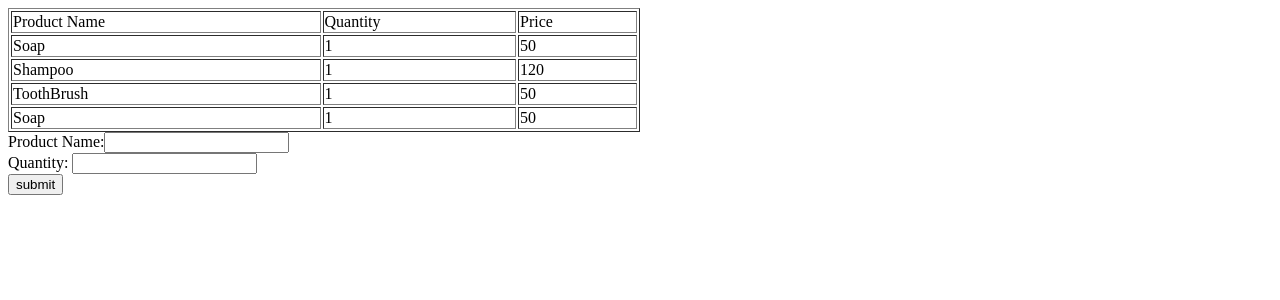
Repository: avishi14/Java_Practise
Page: webApplication/ValidateAge/WebContent/Product.html
These files come from the project's save history. The page is drawn as it stood at one moment and after the next save; the edit follows.
The browser window is 1280 px wide. The pictures show the whole page.

Above is the page before, as saved 2019-09-06 10:46:20.

After the next save:
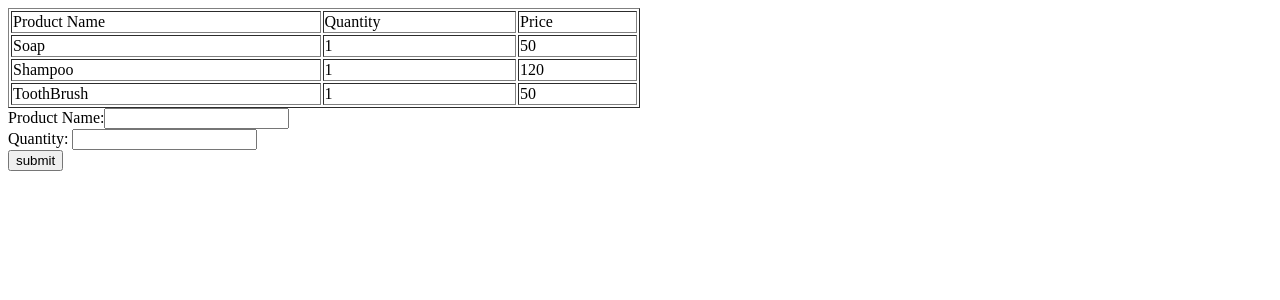
Saved 73 s later.
--- a/webApplication/ValidateAge/WebContent/Product.html
+++ b/webApplication/ValidateAge/WebContent/Product.html
@@ -18,9 +18,7 @@
 <tr>
 <td> ToothBrush </td> <td>1</td><td>50</td>
 </tr>
-<tr>
-<td> Soap</td> <td>1</td><td>50</td>
-</tr>
+
 </table>
 <form action ="CalculatorService" method="post">
 Product Name:<input type="text" name="prname"/><br>
